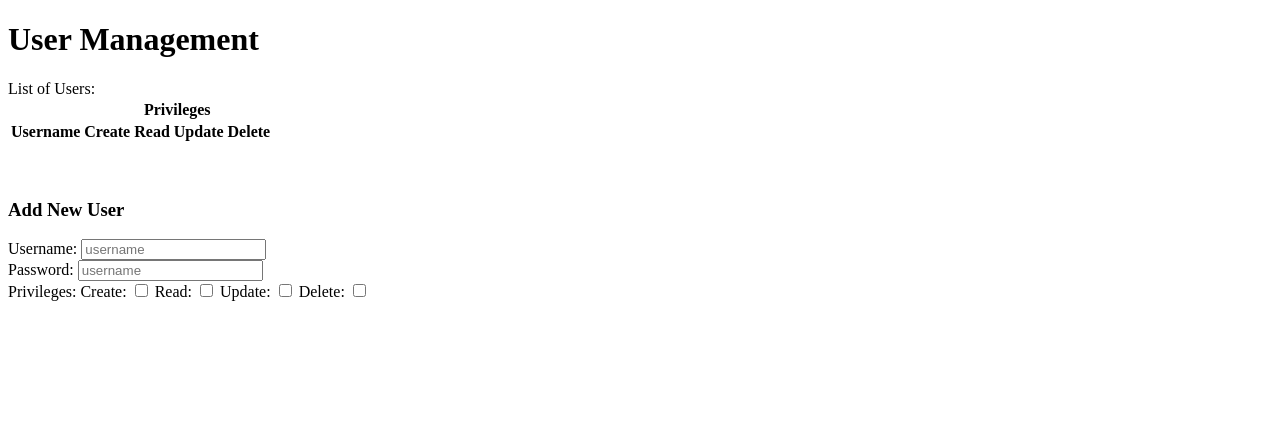
Repository: danalenvargas/TrainingWorkspace
Page: http://localhost/CaseStudyDraft/usermanagement.jsp
These files come from the project's save history. The page is drawn as it stood at one moment and after the next save; the edit follows.
The browser window is 1280 px wide. The pictures show the whole page.
The page is served by Tomcat 9. Other server files are loaded and not shown.

Above is the page before, as saved 2018-08-27 00:38:11.

### CaseStudyDraft/WebContent/usermanagement.jsp
<%@ taglib prefix = "c" uri = "http://java.sun.com/jsp/jstl/core" %>
<%@ page language="java" contentType="text/html; charset=ISO-8859-1"
    pageEncoding="ISO-8859-1"%>
<!DOCTYPE html PUBLIC "-//W3C//DTD HTML 4.01 Transitional//EN" "http://www.w3.org/TR/html4/loose.dtd">
<html>
<head>
<meta http-equiv="Content-Type" content="text/html; charset=ISO-8859-1">
<title>User Management</title>
</head>
<body>
<h1>User Management</h1>
List of Users: <br>
<table>
	<tr>
		<th></th>
		<th colspan="4">Privileges</th>
	</tr>
	<tr>
		<th>Username</th>
		<th>Create</th>
		<th>Read</th>
		<th>Update</th>
		<th>Delete</th>
	</tr>
	<c:forEach items="${userList}" var="account">
		<tr>
			<td>${account.username}</td>
			<td>${account.canCreate}</td>
			<td>${account.canRead}</td>
			<td>${account.canUpdate}</td>
			<td>${account.canDelete}</td>
		</tr>
	</c:forEach>
</table>
<br><br>
<h3>Add New User</h3>
<form action="UserManagement" method="post">
	Username: <input type="text" name="username" placeholder="username"><br>
	Password: <input type="password" name="username" placeholder="username"><br>
	Privileges:
	Create: <input type="checkbox" name="canCreate" value="1">
	Read: <input type="checkbox" name="canRead" value="1">
	Update: <input type="checkbox" name="canUpdate" value="1">
	Delete: <input type="checkbox" name="canDelete" value="1">
</form>
</body>
</html>

After the next save:
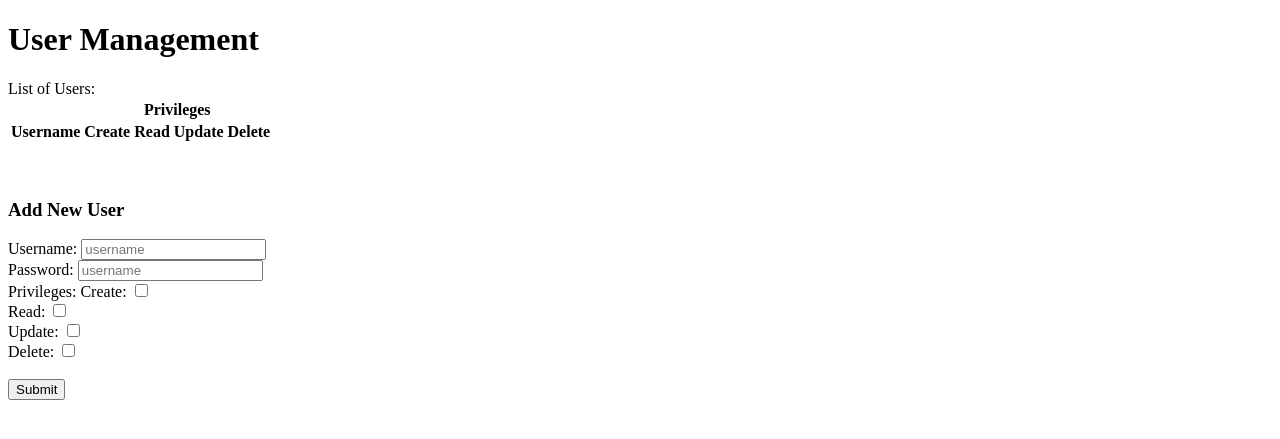
Saved 35 s later.
--- a/CaseStudyDraft/WebContent/usermanagement.jsp
+++ b/CaseStudyDraft/WebContent/usermanagement.jsp
@@ -38,10 +38,12 @@ List of Users: <br>
 	Username: <input type="text" name="username" placeholder="username"><br>
 	Password: <input type="password" name="username" placeholder="username"><br>
 	Privileges:
-	Create: <input type="checkbox" name="canCreate" value="1">
-	Read: <input type="checkbox" name="canRead" value="1">
-	Update: <input type="checkbox" name="canUpdate" value="1">
-	Delete: <input type="checkbox" name="canDelete" value="1">
+	Create: <input type="checkbox" name="canCreate" value="1"><br>
+	Read: <input type="checkbox" name="canRead" value="1"><br>
+	Update: <input type="checkbox" name="canUpdate" value="1"><br>
+	Delete: <input type="checkbox" name="canDelete" value="1"><br>
+	<br>
+	<input type="submit" value="Submit">
 </form>
 </body>
 </html>
